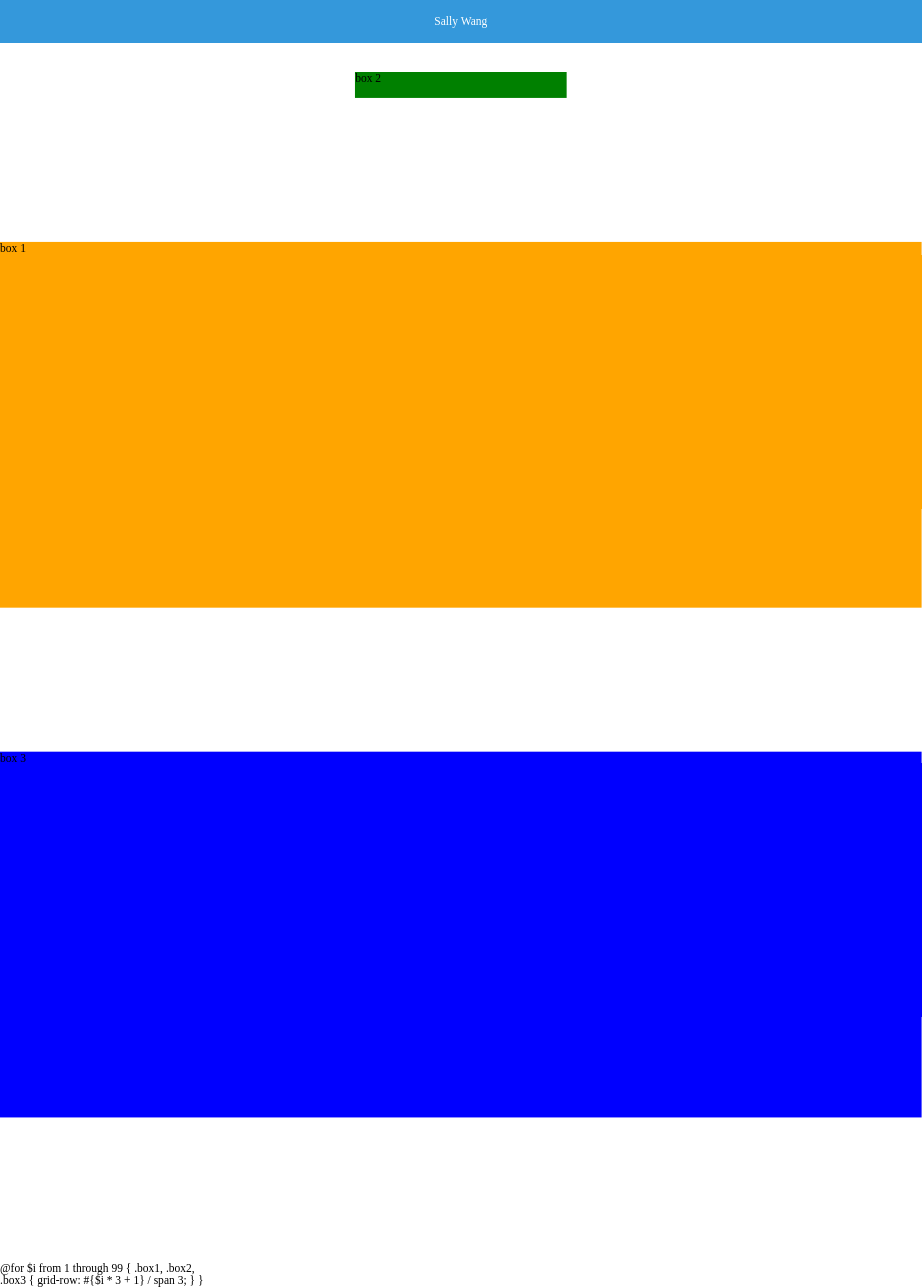
Repository: tianjiewang2022/tianjiewang2022.github.io
Page: index.html
The author's editor kept a copy of each file at every save. The page is drawn from the files as they stood at one save, then again after the next save.
The browser window is 1280 px wide. The pictures show the whole page, at 72% of full size.

Above is the page before, as saved 2023-10-01 21:48:13.

After the next save:
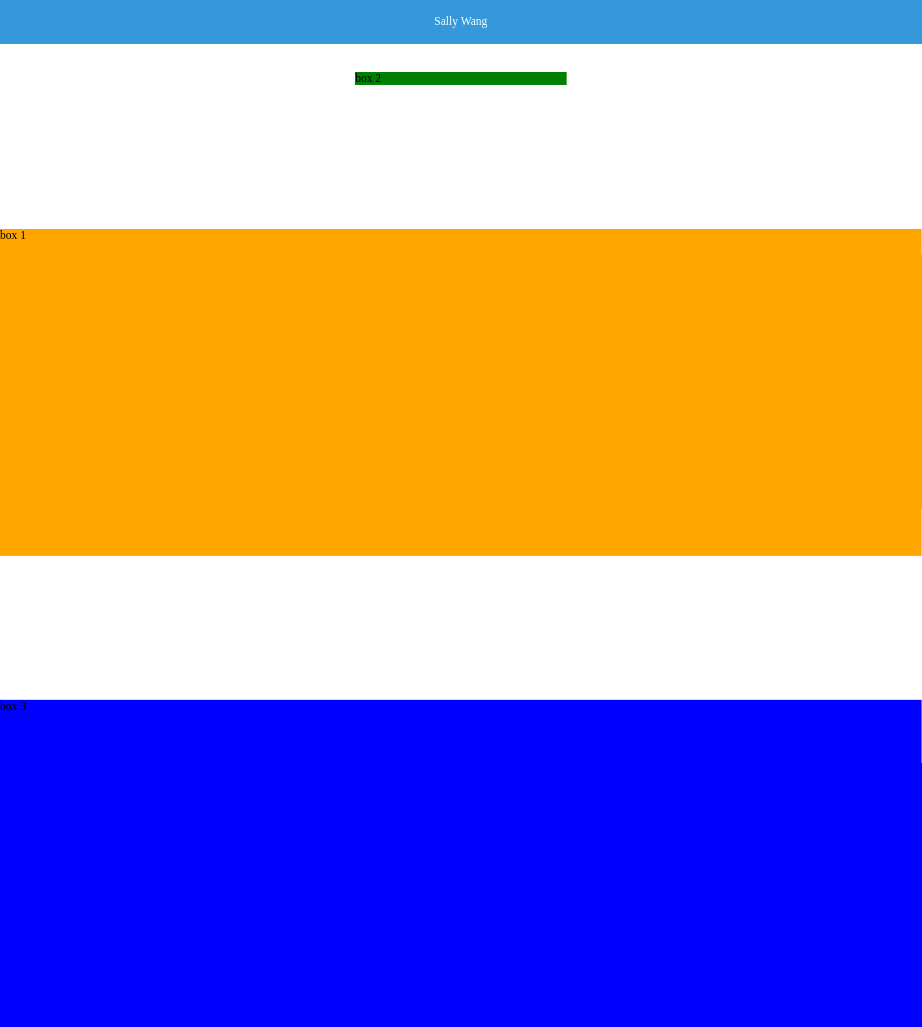
Saved 52 s later.
--- a/index.html
+++ b/index.html
@@ -95,11 +95,6 @@
             <span class="box3">
                 box 3
             </span>
-            @for $i from 1 through 99 {
-            .box1, .box2, .box3 {
-            grid-row: #{$i * 3 + 1} / span 3;
-            }
-            }
 
 
 
